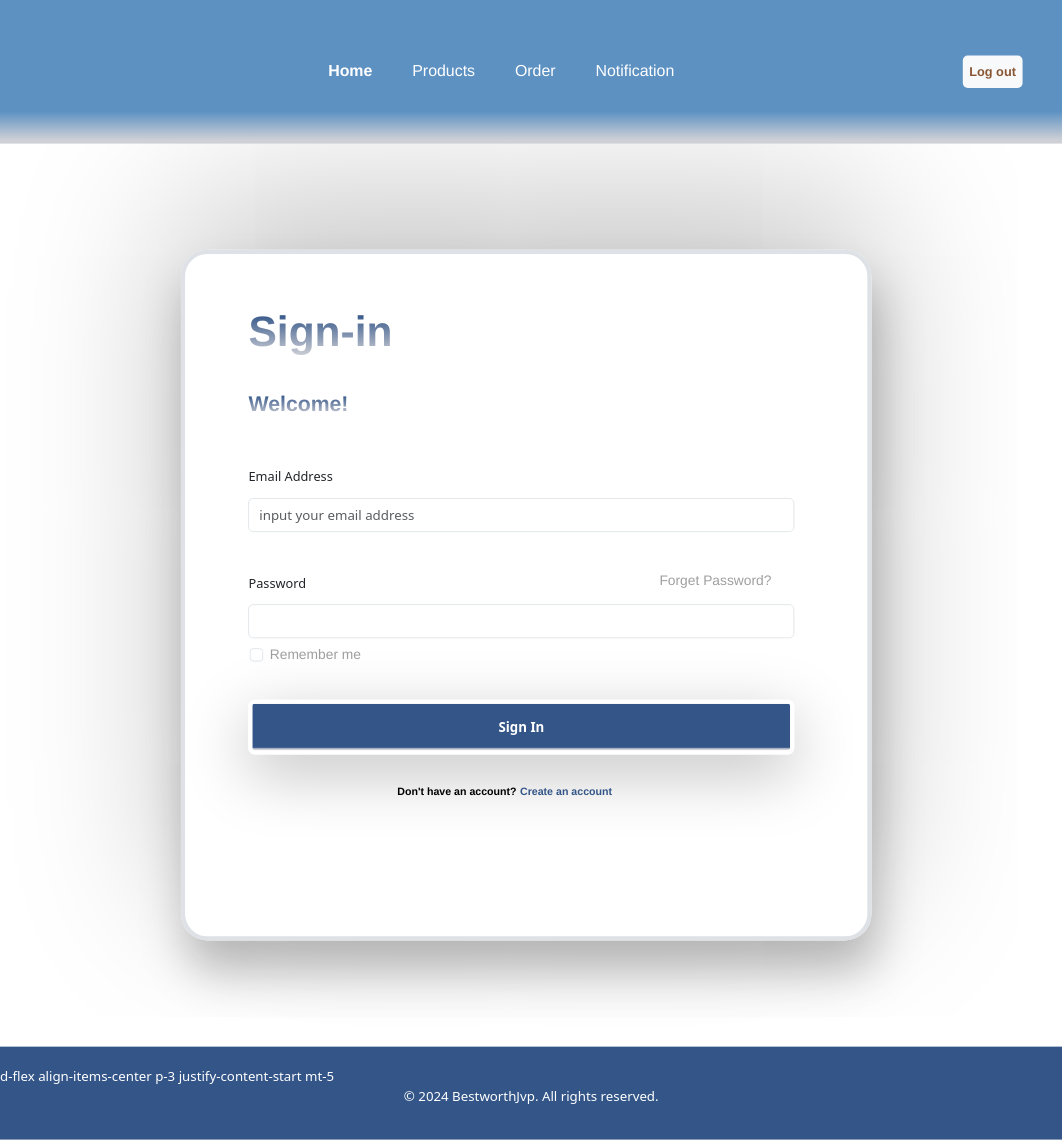
Repository: OVictor21/inventory
Page: /
The author's editor kept a copy of each file at every save. The page is drawn from the files as they stood at one save, then again after a run of saves.
The browser window is 1280 px wide. The pictures show the whole page, at 83% of full size.
The project was rebuilt for these pictures with package versions that can differ from the ones it lists, and the page was loaded fresh each time.

Above is the page before, as saved 2024-12-14 10:41:03.

After the next 2 saves:
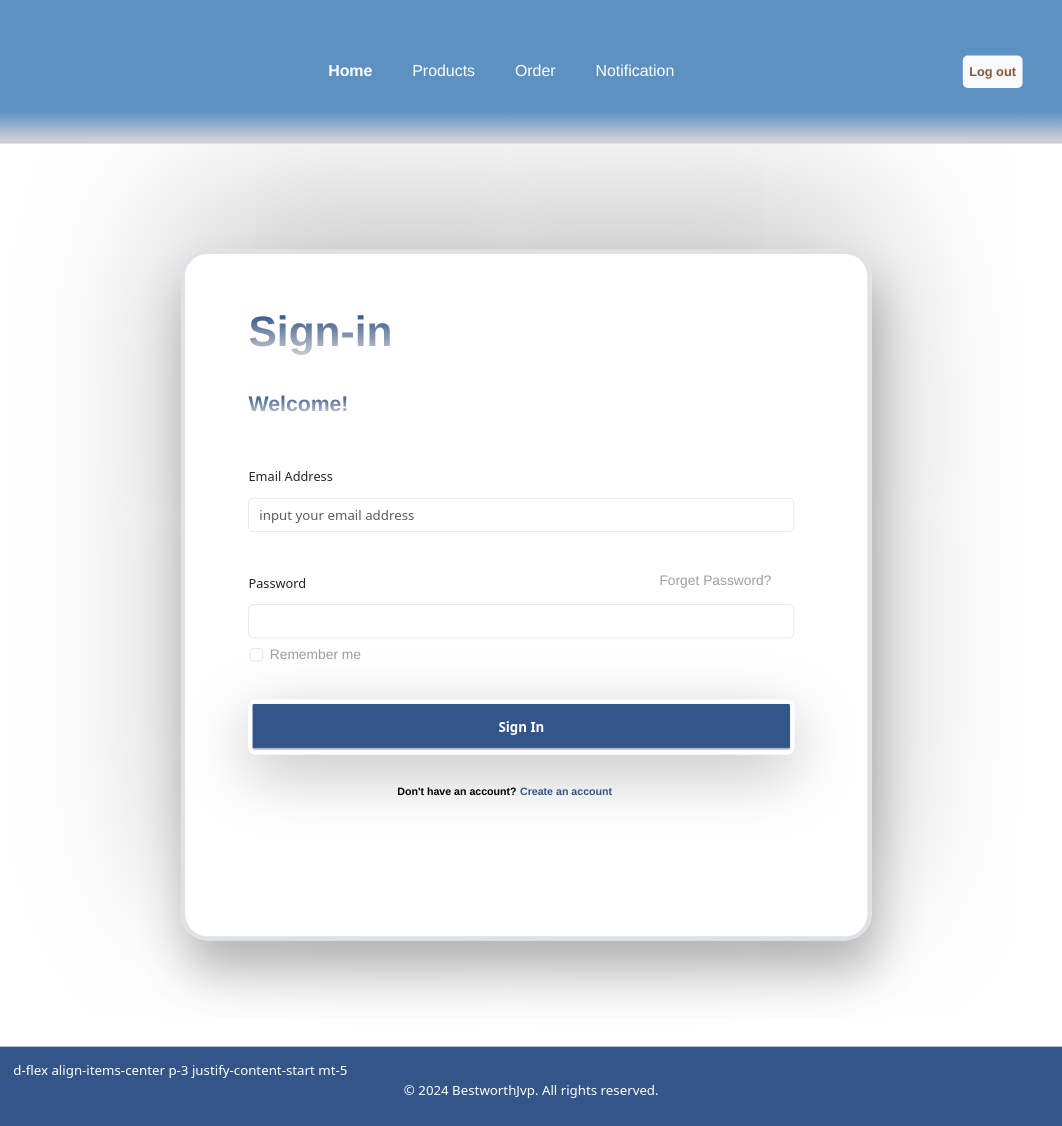
The 2 saves are shown as one change because they came seconds apart.
The last was saved 13 s later.
--- a/src/body.js
+++ b/src/body.js
@@ -32,7 +32,7 @@ const Body = () => {
 
     </form>
 
-    <footer className="footer-body text-white py-4 position-relative"> d-flex align-items-center p-3 justify-content-start mt-5
+    <footer className="footer-body text-white p-3 position-relative"> d-flex align-items-center p-3 justify-content-start mt-5
       <div className="container">
           <div className="text-center">
             <p>&copy; 2024 BestworthJvp. All rights reserved.</p>
